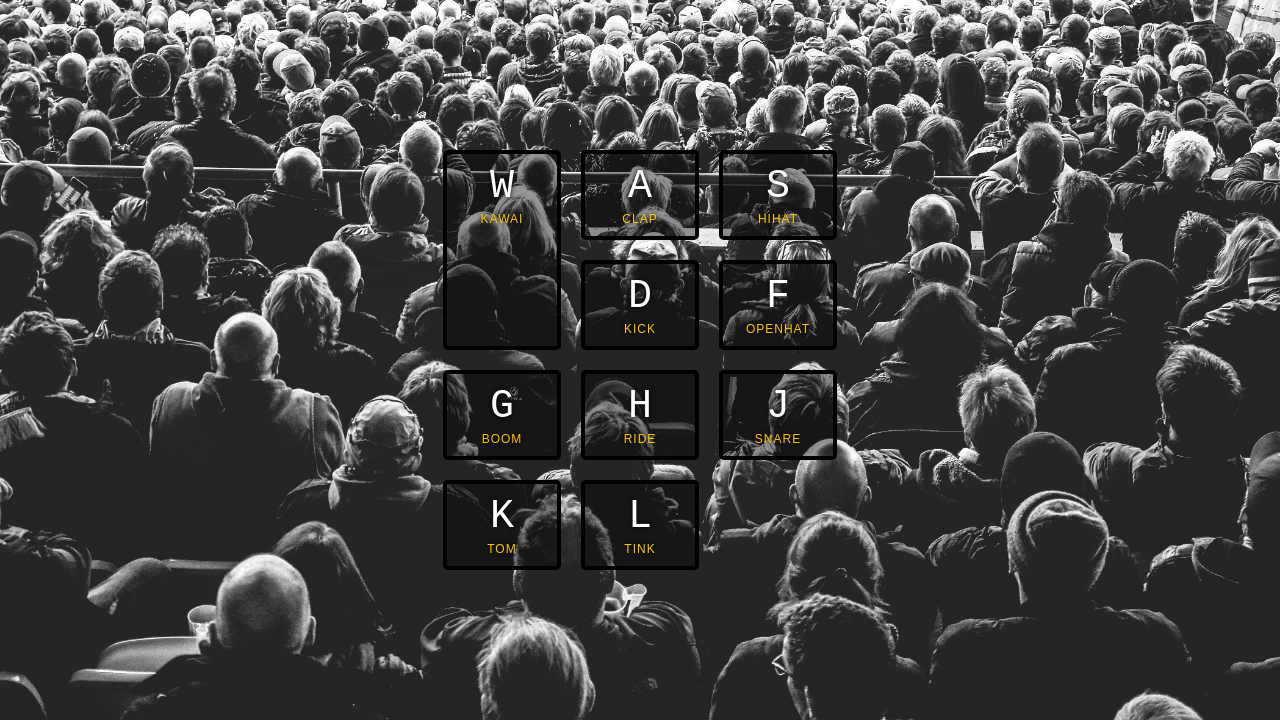
Repository: Freezler/drumkitJS
Page: index-START.html
An editor plug-in stored every save of this project. The page is shown before and after the next save, followed by the edit.
The browser window is 1280 px wide. The pictures show the whole page.

Above is the page before, as saved 2024-08-23 00:14:32.

After the next save:
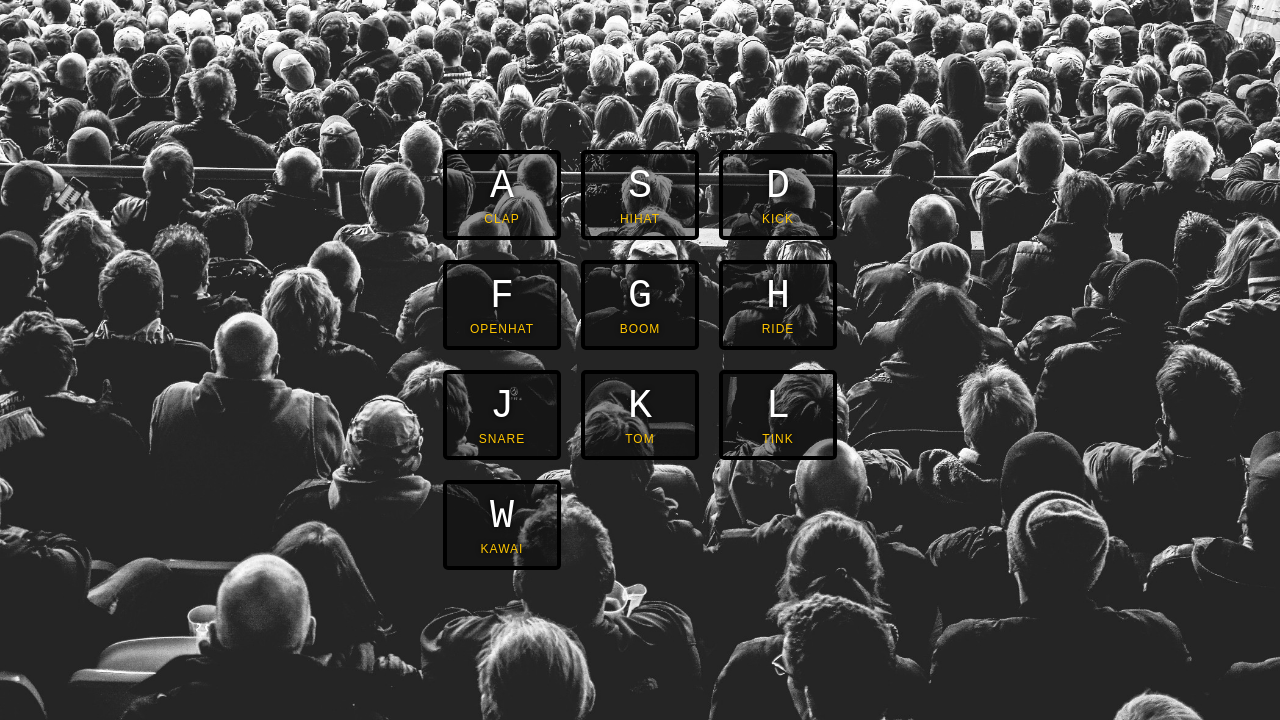
Saved 11 s later.
--- a/style.css
+++ b/style.css
@@ -57,7 +57,7 @@ main {
 
 .key[data-key="87"] {
 justify-self: center;
-grid-area: 3/2/1/1
+
 
 }
 
